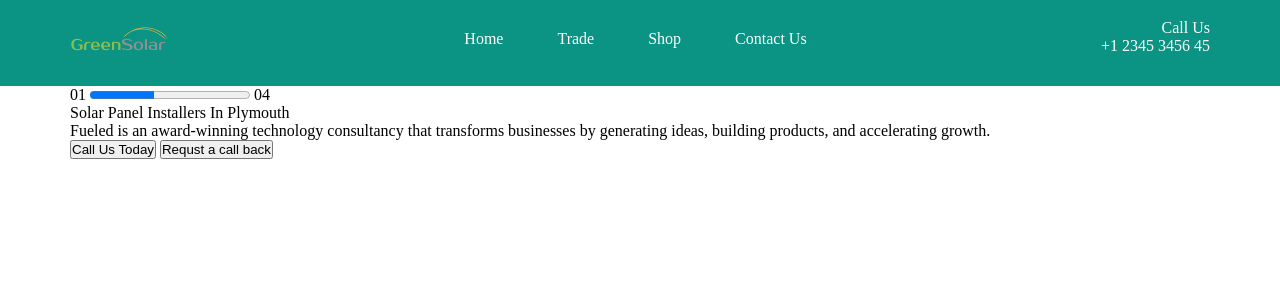
Repository: zeinawady/Solar-Company-Template
Page: index.html
The author's editor kept a copy of each file at every save. The page is drawn from the files as they stood at one save, then again after the next save.
The browser window is 1280 px wide. The pictures show the whole page.

Above is the page before, as saved 2024-09-17 16:55:48.

After the next save:
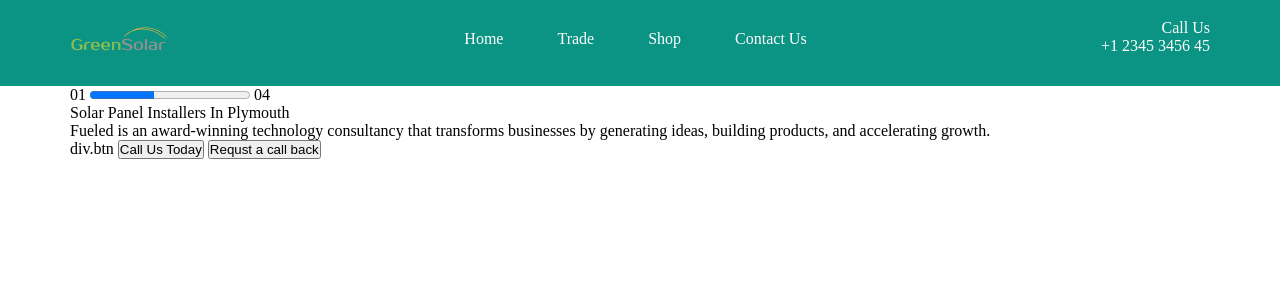
Saved 4 s later.
--- a/index.html
+++ b/index.html
@@ -55,6 +55,7 @@
     Fueled is an award-winning technology consultancy that transforms businesses by generating ideas, building products, and accelerating growth.
   </div>
 
+  div.btn
   <button class="btn">Call Us Today</button>
   <button class="btn yellow-bt">Requst a call back</button>
 

After the save that followed:
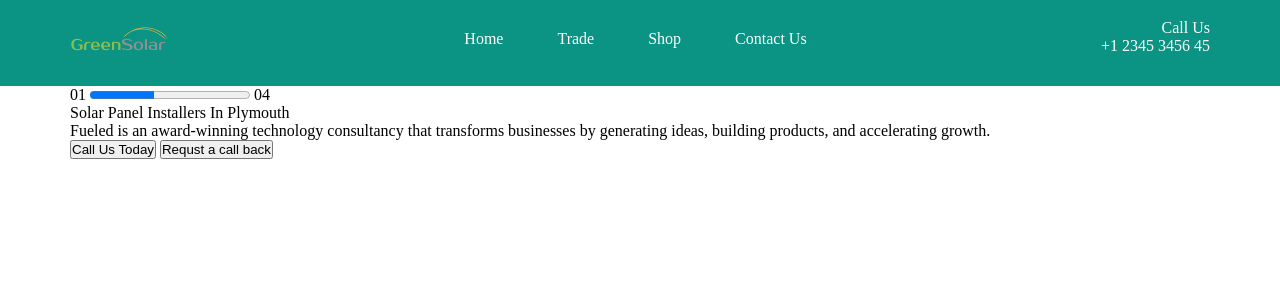
Saved 7 s later.
--- a/index.html
+++ b/index.html
@@ -55,7 +55,7 @@
     Fueled is an award-winning technology consultancy that transforms businesses by generating ideas, building products, and accelerating growth.
   </div>
 
-  div.btn
+  <div class="btn-container"></div>
   <button class="btn">Call Us Today</button>
   <button class="btn yellow-bt">Requst a call back</button>
 
